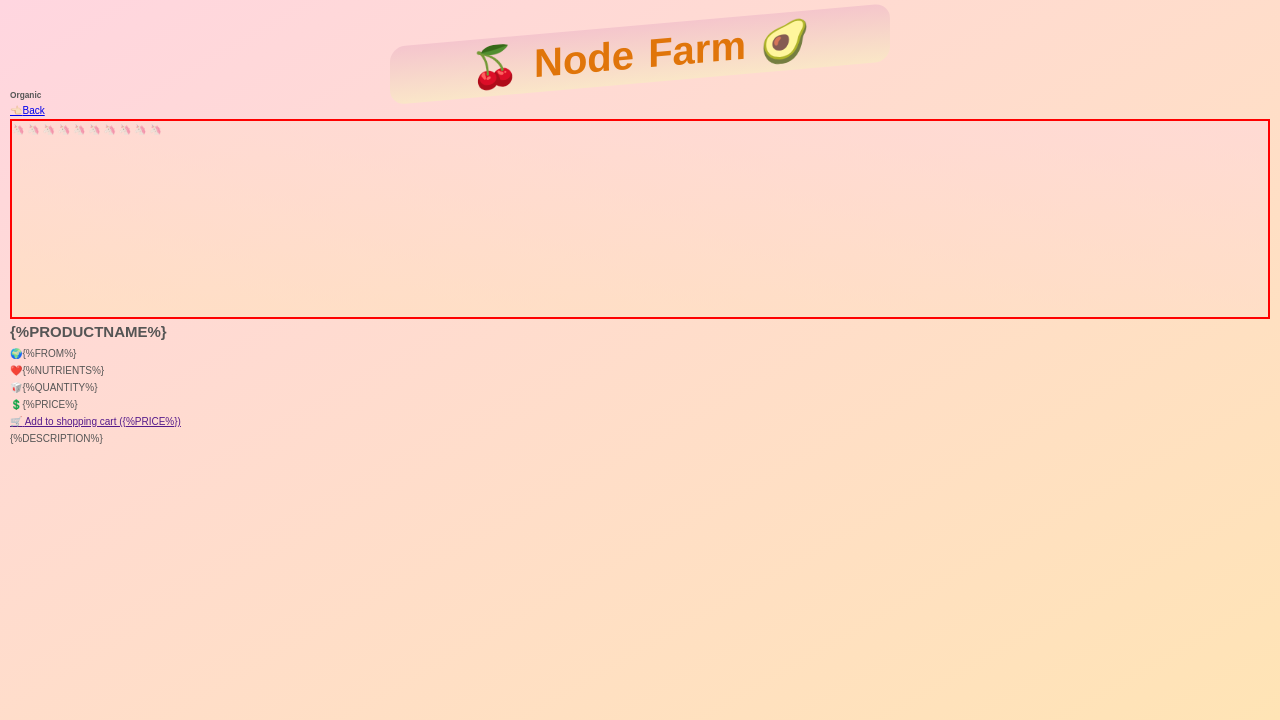
Repository: Kubraaygun/NodeFarm_Backend
Page: templates/product.html
These files come from the project's save history. The page is drawn as it stood at one moment and after the next save; the edit follows.
The browser window is 1280 px wide. The pictures show the whole page.

Above is the page before, as saved 2025-09-04 21:36:27.

### templates/product.html
<!DOCTYPE html>
<html lang="en">
  <head>
    <meta charset="UTF-8" />
    <meta name="viewport" content="width=device-width, initial-scale=1.0" />
    <title>{%PRODUCTNAME%} {%IMAGE%} /// NODE FARM</title>
    <style>
      *,
      *::before,
      *::after {
        margin: 0;
        padding: 0;
        box-sizing: inherit;
      }
      html {
        font-size: 10px;
        box-sizing: border-box;
      }
      body {
        padding: 20px 10px 10px;
        line-height: 1.7;
        font-family: sans-serif;
        color: #555;
        background: linear-gradient(to bottom right, #ffd6e0, #ffe4b5);
        min-height: 100vh;
      }

      h1 {
        font-size: 4rem;
        color: rgb(224, 117, 10);
        transform: skewY(-5deg);
        text-align: center;
        position: relative;
        word-spacing: 3px;
      }
      h1::before {
        content: "";
        display: block;
        height: 85%;
        width: 50%;
        max-width: 500px;
        min-width: 350px;
        background: linear-gradient(
          to bottom,
          #f0bdc9,
          /* canlı pembe */ #f8ebc3
        );
        position: absolute;
        z-index: -1;
        left: 50%;
        top: 50%;
        opacity: 0.7;
        transform: translate(-50%, -50%);
        border-radius: 15px;
      }

      .container {
        width: 100%;
        margin: 0 auto;
      }
      .product__hero {
        position: relative;
        height: 20rem;
        overflow: hidden;
        border: 2px solid red;
      }
      .product__hero::before {
        content: "";
        display: block;
        height: 100%;
        width: 100%;
        z-index: 100;
        position: absolute;
        top: 0;
        left: 0;
        background: linear-gradient(to left bottom, #ffd6e0, #ffe4b5);
        opacity: 0.5;
      }
    </style>
  </head>
  <body>
    <div class="container">
      <h1>🍒 Node Farm 🥑</h1>
      <figure class="product">
        <div class="product__organic {%NOT_ORGANIC%}">
          <h5>Organic</h5>
        </div>
        <a href="/overview" class="product__back">
          <span class="emoji-left">👈🏻</span>Back</a
        >
        <div class="product__hero">
          <span class="product__emoji product__emoji--1">🦄</span>
          <span class="product__emoji product__emoji--2">🦄</span>
          <span class="product__emoji product__emoji--3">🦄</span>
          <span class="product__emoji product__emoji--4">🦄</span>
          <span class="product__emoji product__emoji--5">🦄</span>
          <span class="product__emoji product__emoji--6">🦄</span>
          <span class="product__emoji product__emoji--7">🦄</span>
          <span class="product__emoji product__emoji--8">🦄</span>
          <span class="product__emoji product__emoji--9">🦄</span>
          <span class="product__emoji product__emoji--10">🦄</span>
        </div>

        <h2 class="product__name">{%PRODUCTNAME%}</h2>
        <div class="product__details">
          <p><span class="emoji-left">🌍</span>{%FROM%}</p>
          <p><span class="emoji-left">❤️</span>{%NUTRIENTS%}</p>
          <p><span class="emoji-left">🥡</span>{%QUANTITY%}</p>
          <p><span class="emoji-left">💲</span>{%PRICE%}</p>
        </div>

        <a href="" class="product__link">
          <span class="emoji-left">🛒</span>
          <span>Add to shopping cart ({%PRICE%})</span>
        </a>
        <p class="product__description">{%DESCRIPTION%}</p>
      </figure>
    </div>
  </body>
</html>

After the next save:
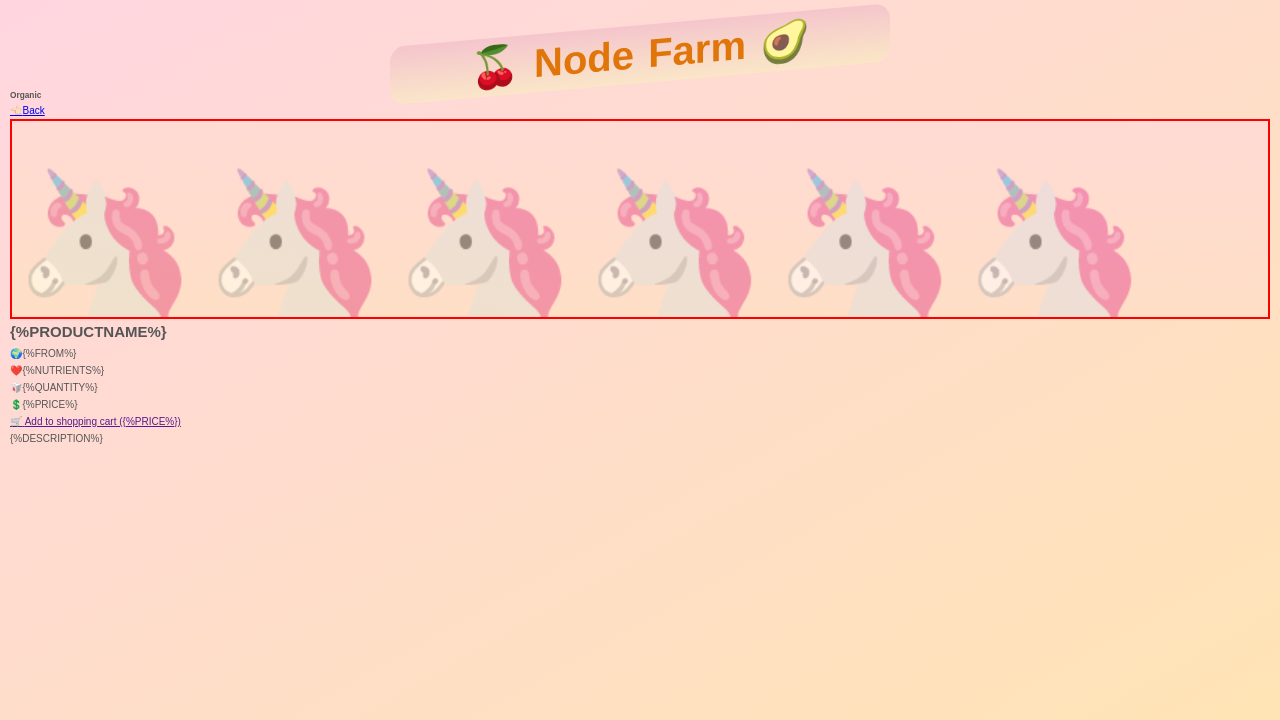
Saved 51 min 56 s later.
--- a/templates/product.html
+++ b/templates/product.html
@@ -76,6 +76,10 @@
         background: linear-gradient(to left bottom, #ffd6e0, #ffe4b5);
         opacity: 0.5;
       }
+
+      .product__emoji {
+        font-size: 15rem;
+      }
     </style>
   </head>
   <body>
